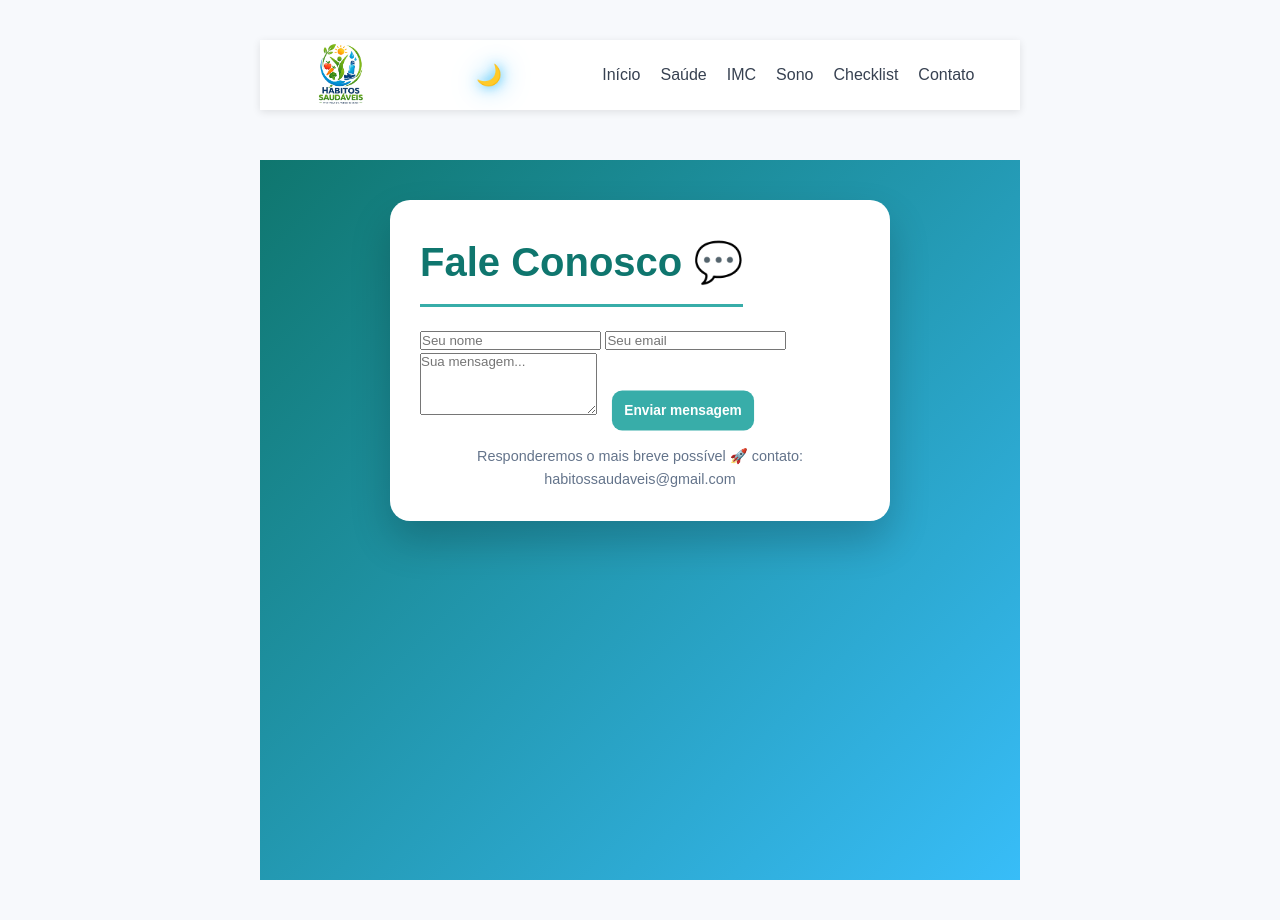
Repository: habitos2026/projetointegrador2026
Page: contato.html
An editor plug-in stored every save of this project. The page is shown before and after the next save, followed by the edit.
The browser window is 1280 px wide. The pictures show the whole page.
The pointer rests on the first visible `.contato-box button`.

Above is the page before, as saved 2026-06-10 23:15:19.

### contato.html
<!DOCTYPE html>
<html lang="pt-br">
<head>
<meta charset="UTF-8">
<meta name="viewport" content="width=device-width, initial-scale=1.0">
<title>Contato</title>

<link rel="stylesheet" href="estilos.css">

<style>

    :root {
            --cor-mente: #6a89cc;    /* Azul sereno */
            --cor-fisico: #38ada9;   /* Verde energia */
            --cor-agua: #4a69bd;     /* Azul hidratação */
            --cor-fundo: #f7f9fc;
        }

        /* Animação de Entrada */
        @keyframes fadeInUp {
            from {
                opacity: 0;
                transform: translateY(20px);
            }
            to {
                opacity: 1;
                transform: translateY(0);
            }
        }

        body {
            font-family: 'Segoe UI', Roboto, sans-serif;
            line-height: 1.6;
            background-color: var(--cor-fundo);
            color: #2f3542;
            max-width: 800px;
            margin: 0 auto;
            padding: 40px 20px;
        }

        header {
            text-align: center;
            margin-bottom: 50px;
            animation: fadeInUp 0.8s ease-out;
        }

        h1 {
            color: var(--cor-mente);
            font-size: 2.5rem;
            border-bottom: 3px solid var(--cor-fisico);
            display: inline-block;
            padding-bottom: 10px;
        }

        section {
            background: white;
            padding: 30px;
            border-radius: 15px;
            box-shadow: 0 10px 25px rgba(0,0,0,0.05);
            animation: fadeInUp 1s ease-out;
        }

        h2 {
            color: var(--cor-fisico);
            margin-top: 30px;
            display: flex;
            align-items: center;
            gap: 10px;
        }

/* ÁREA SÓ DO CONTATO */
.contato-page {
    background: linear-gradient(135deg, #0f766e, #38bdf8);
    min-height: 100vh;
    padding: 40px 10px;
}

/* CARD */
.contato-box {
    max-width: 500px;
    margin: auto;
    background: white;
    padding: 30px;
    border-radius: 20px;
    box-shadow: 0 20px 40px rgba(0,0,0,0.2);
    animation: subir 0.6s ease;
}

/* ANIMAÇÃO */
@keyframes subir {
    from {
        opacity: 0;
        transform: translateY(40px);
    }
    to {
        opacity: 1;
        transform: translateY(0);
    }
}

.contato-box h1 {
    text-align: center;
    color: #0f766e;
    margin-bottom: 20px;
}

/* FORM */
.contato-form {
    display: flex;
    flex-direction: column;
    gap: 15px;
}

.contato-form input,
.contato-form textarea {
    padding: 12px;
    border-radius: 10px;
    border: 1px solid #cbd5e1;
    outline: none;
    transition: 0.3s;
    font-size: 1rem;
}

.contato-form input:focus,
.contato-form textarea:focus {
    border-color: #0f766e;
    box-shadow: 0 0 8px rgba(15,118,110,0.3);
}

/* BOTÃO */
.contato-form button {
    padding: 12px;
    border: none;
    border-radius: 10px;
    background: #0f766e;
    color: white;
    font-weight: bold;
    cursor: pointer;
    transition: 0.3s;
}

.contato-form button:hover {
    background: #115e59;
    transform: scale(1.03);
    cursor: pointer;
}

.contato-box button{
    padding: 12px;
    margin-left: 13px;
    border: none;
    border-radius: 10px;
    background: #0f766e;
    color: white;
    font-weight: bold;
    cursor: pointer;
    transition: 0.3s;
}

.contato-box button:hover {
    background: var(--cor-fisico);
    transform: scale(1.03);
    box-shadow: 0 0 8px ;
    cursor: pointer;
}

/* TEXTO */
.info {
    text-align: center;
    margin-top: 15px;
    color: #64748b;
    font-size: 0.9rem;
}

</style>

</head>

<body>

<div id="menu"></div>

<div class="contato-page">

    <div class="contato-box">
        <h1>Fale Conosco 💬</h1>

        <form class= method="post">
            <input type="text" placeholder="Seu nome" required>
            <input type="email" placeholder="Seu email" required>
            <textarea rows="4" placeholder="Sua mensagem..." required></textarea>
            <button type="submit">Enviar mensagem</button>
        </form>

        <div class="info">
            Responderemos o mais breve possível 🚀  contato: habitossaudaveis@gmail.com
        </div>
    </div>

</div>

<script src="trabalho.js"></script>

</body>
</html>

### estilos.css
:root{
    --cinza245: rgb(245,245,245);
    --cinza220: rgb(220,220,220);
    --cinza128: rgb(128,128,128);
    --azul: rgb(0,80,120);
    --amarelo: yellow;
}

/* RESET */
*{
    margin:0;
    padding:0;
    box-sizing:border-box;
    font-family:Arial, sans-serif;
}

body{
    background:#f5f7fb;
    color:#1f2937;
}

/* HEADER */
header{
    background:white;
    height:70px;

    display:flex;
    align-items:center;
    justify-content:space-between;

    padding:0 6%;

    box-shadow:0 2px 8px rgba(0,0,0,0.1);
}

/* LOGO */
.logo{
    height:100%;
    width:auto;
}

/* MENU */
.menu{
    display:flex;
    align-items:center;
    gap:20px;
}

.menu a{
    text-decoration:none;
    color:#374151;
    transition: 0.5s;

}

.menu a:hover{
    color:#0f766e;
    text-shadow: 0 0 6px #01b3a4;
}

/* TOPO MENU MOBILE */
.topoMenu{
    display:none;
}

/* BOTÃO MENU */
.botaoMenu{
    border:none;
    background:transparent;

    display:none;
    flex-direction:column;

    gap:6px;

    cursor:pointer;
    transition:0.5s;
}

.botaoMenu div{
    width:28px;
    height:3px;

    background:black;
    transition:0.5s;
}

/* MAIN */
main{
    max-width:800px;

    margin:40px auto;

    background:white;

    padding:30px;

    border-radius:10px;
}

/* TEXTOS */
h1{
    color:#0f766e;
    margin-bottom:10px;
}

p{
    margin-bottom:15px;
}

/* BANNER */
.bannerIndexInicio{
    width:100%;
    height:300px;
    overflow:hidden;
}

.bannerIndexInicio img{
    width:100%;
    height:100%;

    object-fit:cover;
    display:block;
}

.bannerIndex{
    height:100%;

    display:flex;
    justify-content:center;

    overflow:hidden;

    aspect-ratio:16/9;
}

.bannerIndex img{
    width:70%;
    height:80%;

    object-fit:cover;
}

/* BOX ÁGUA */
.agua-box{
    background:#ecfeff;

    padding:20px;

    border-radius:15px;

    margin-bottom:20px;
}

.agua-box h2{
    color:#0f766e;
    margin-bottom:10px;
}

.agua-box input{
    width:100%;

    padding:10px;

    margin-bottom:10px;

    border-radius:8px;

    border:1px solid #ccc;
}

.agua-box button{
    width:100%;

    padding:12px;

    background:#0f766e;

    color:white;

    border:none;

    border-radius:8px;

    cursor:pointer;

    transition:0.5s;
}

.agua-box button:hover{
    background:#115e59;

    transform:scale(1.01);

    box-shadow:
    0 0 10px rgb(1, 255, 234),
    0 0 15px rgb(0, 173, 253);
}

#resultadoAgua{
    margin-top:10px;
    font-weight:bold;
}

/* LISTAS */
.listas{
    width:65%;

    display:grid;

    grid-template-columns:repeat(2, 1fr);

    gap:1rem;
}

/* IMAGENS SAÚDE */
.Saude .Imagem img{

    width:35%;

    height:auto;

    object-fit:cover;

    border-radius:15px;

    transition:0.4s;
}

.Saude .Imagem img:hover{

    transform:scale(1.05);

    box-shadow:
    0 0 10px cyan,
    0 0 20px cyan,
    0 0 40px cyan;
}

.imc-box{
    background:#0f766e;

    padding:20px;

    border-radius:20px;

    margin-top:3rem;


}

.imc-box input{
    width:100%;

    padding:10px;

    margin-bottom:10px;

    border-radius:8px;

    border:1px solid #ccc;
}

.imc-box button{
    width:100%;

    padding:12px;

    background: white;

    border: none;

    border-radius:8px;

    cursor:pointer;

    transition:0.5s;
}

.imc-box button:hover{
    background:#f0f0f0;

    transform:scale(1.002);

    box-shadow:
    0 0 6px rgb(1, 255, 234),
    0 0 8px rgb(0, 173, 253),
    0 0 15px  rgba(18, 165, 153);
}

#resultado{
    margin-top:20px;

    font-weight:bold;

    display: flex;

    flex-direction: column;

    align-items: center;

    gap: 10px;

}

#botaoFecharMenu{
    border:none;

    background:transparent;

    box-shadow: none;

    font-size:20px;

    cursor:pointer;

    transition: 0.5s;

    border-radius: 100px;

}


#botaoFecharMenu:hover{
    color: red;
    text-shadow:  0 0 11px rgb(255, 0, 0);
}

#botaoFecharMenu:active{
  animation: clickEffect 0.2s ease;
}


/* ===== BOTÃO TEMA ===== */

/* Tema CLARO ativo — botão mostra 🌙 — neon azul */
#btnTema {
    background: transparent;
    border: none;
    border-radius: 50%;
    width: 38px;
    height: 38px;
    font-size: 1.3rem;
    cursor: pointer;
    transition: all 0.3s;
    filter: drop-shadow(0 0 6px #38bdf8) drop-shadow(0 0 12px #7dd3fc);
}

#btnTema:hover {
    transform: scale(1.12) rotate(10deg);
    filter: drop-shadow(0 0 10px #38bdf8) drop-shadow(0 0 20px #7dd3fc);
}

/* Tema ESCURO ativo — botão mostra ☀️ — neon amarelo */
body.dark #btnTema {
    border: none;
    box-shadow: none;
    filter: drop-shadow(0 0 6px #f59e0b) drop-shadow(0 0 12px #fbbf24);
}

body.dark #btnTema:hover {
    transform: scale(1.2) rotate(50deg);
    filter: drop-shadow(0 0 10px #f59e0b) drop-shadow(0 0 20px #fbbf24);
}

/* ===== DARK MODE ===== */
body.dark {
    background: #0a0f1e;
    color: #e2e8f0;
}

body.dark header {
    background: #0d1b2a;
    box-shadow: 0 2px 8px rgba(0,0,0,0.5);
}

body.dark .menu {
    background: #0d1b2a;
}

body.dark .menu a {
    color: #94a3b8;
    border-bottom-color: #1e3a5f;
}

body.dark .menu a:hover {
    color: #7dd3fc;
    text-shadow: 0 0 6px #7dd3fc88;
}

body.dark main,
body.dark section {
    background: #0d1b2a;
    box-shadow: 0 4px 20px rgba(0,0,0,0.3);
}

body.dark .logo {
    filter: brightness(0.9) drop-shadow(0 0 6px rgba(56, 189, 248, 0.4));
    border-radius: 50%;
    background: transparent;
    mix-blend-mode: screen;
}

body.dark h1 {
    color: #38bdf8;
    text-shadow: 0 0 8px #38bdf855;
}

body.dark h2 {
    color: #7dd3fc;
    text-shadow: none;
}

body.dark .agua-box {
    background: #0d2137;
    border: 1px solid #1e3a5f;
}

body.dark .agua-box input,
body.dark .imc-box input,
body.dark .contato-form input,
body.dark .contato-form textarea {
    background: #0a0f1e;
    color: #e2e8f0;
    border-color: #1e3a5f;
}

body.dark .habit-item {
    background: #0d1b2a;
    color: #e2e8f0;
}

body.dark .barra {
    background: #1e293b;
}

body.dark .barra span {
    background: #38bdf8;
}

body.dark li {
    background: #0d1b2a;
    border-left-color: #38bdf8;
    color: #e2e8f0;
}

body.dark li:hover {
    background: #0d2137;
}

body.dark .contato-box {
    background: #0d1b2a;
}

body.dark .contato-form input,
body.dark .contato-form textarea {
    background: #0a0f1e;
    color: #e2e8f0;
    border-color: #1e3a5f;
}

body.dark footer {
    color: #475569;
}

@keyframes clickEffect {
  0% {
    transform: scale(1);
    text-shadow: 0 0 10px red;
  }
  50% {
    transform: scale(0.95);
    text-shadow: 0 0 20px red;
  }
  100% {
    transform: scale(1);
    text-shadow: 0 0 10px red;
  }
}

/* ANIMAÇÃO */
@keyframes subir{

    from{
        opacity:0;
        transform:translateY(-20px);
    }

    to{
        opacity:1;
        transform:translateY(0);
    }

}

/* MOBILE */
@media screen and (max-width:950px){

    .botaoMenu{
        display:flex;

        animation:subir 0.5s ease;
    }

    .botaoMenu:hover{
        transform: scale(1.03);
    }
    .botaoMenu:hover div{
        box-shadow: 0 10px 15px rgba(0,0,0,0.4);

    }

    .menu{
        position:fixed;

        top:0;
        right:-100%;

        width:80%;
        height:100vh;

        background:white;

        flex-direction:column;

        align-items:flex-start;

        padding:30px;

        transition: right 0.5s;

        z-index:999;
    }

    .menu a{
        width:100%;

        padding:12px 0;


        border-bottom:1px solid var(--cinza220);

        text-decoration:none;

        color:#374151;

        transition: 0.10s;

}

    .menu a:hover{
    color:#0f766e;
    text-shadow: 0 0 6px #01b3a4;
    border: #01b3a4 1px solid;
    transition: 0.5s;
}

    .topoMenu{
        display:flex;

        width:100%;

        justify-content:space-between;

        align-items:center;

        margin-bottom:30px;
    }

    .topoMenu button{
        border:none;

        background:transparent;

        font-size:20px;

        cursor:pointer;
    }

    main{
        margin:20px;
    }

    .bannerIndex img{
        width:100%;
        height:220px;
    }

    .listas{
        width:100%;

        grid-template-columns:1fr;
    }

    .Saude .Imagem img{
        width:100%;
    }
}

### trabalho.js
// ===== DARK MODE — roda ANTES de tudo =====
if (localStorage.getItem("tema") === "dark") {
    document.body.classList.add("dark");
}

// ===== MENU =====
fetch("menu.html")
.then(res => res.text())
.then(data => {

    document.getElementById("menu").innerHTML = data;

    // Botão tema
    const btnTema = document.getElementById("btnTema");
    btnTema.textContent = document.body.classList.contains("dark") ? "☀️" : "🌙";

    btnTema.addEventListener("click", () => {
        document.body.classList.toggle("dark");
        const temaDark = document.body.classList.contains("dark");
        localStorage.setItem("tema", temaDark ? "dark" : "light");
        btnTema.textContent = temaDark ? "☀️" : "🌙";
    });

    // Botões do menu mobile
    const abrir = document.querySelector(".botaoMenu");
    const fechar = document.querySelector("#botaoFecharMenu");
    const menu = document.querySelector("#menuNav");

    abrir.addEventListener("click", () => {
        menu.style.right = "0";
    });

    fechar.addEventListener("click", () => {
        menu.style.right = "-100%";
    });

});

// ===== RESTO DAS FUNÇÕES =====

function calc() {
    const checks = document.querySelectorAll('.habit-item input');
    let marcados = 0;

    checks.forEach(check => {
        if(check.checked) marcados++;
    });

    let porcentagem = (marcados / checks.length) * 100;

    document.getElementById("pct").innerText = Math.round (porcentagem) + "%";
    document.getElementById("bar").style.width = porcentagem + "%";

    const msg = document.getElementById("msg");
    const imgGif = document.getElementById("imgGif");

    if (porcentagem === 100) {

    msg.innerText = "Parabéns! Você completou todos os hábitos 🎉";

    lancarConfetes();

} else {

    msg.innerText = "";
    imgGif.innerHTML = "";

}
}

const data = document.getElementById("data");
if (data) {
    data.addEventListener("click", () => {
        data.showPicker();
    });
}

function calcularAgua() {
    const peso = parseFloat(document.getElementById("peso").value);
    const idade = parseInt(document.getElementById("idade").value);

    if (isNaN(peso) || peso <= 0 || isNaN(idade) || idade <= 0) {
        document.getElementById("resultadoAgua").innerText = "Por favor, preencha peso e idade corretamente.";
        return;
    }

    let mlPorKg;

    if (idade <= 17) mlPorKg = 40;
    else if (idade <= 55) mlPorKg = 35;
    else if (idade <= 65) mlPorKg = 30;
    else mlPorKg = 25;

    const totalMl = peso * mlPorKg;
    const totalLitros = (totalMl / 1000).toFixed(1);

    document.getElementById("resultadoAgua").innerText =
        `Você deve beber aproximadamente ${totalLitros}L de água por dia.`;
}

function lancarConfetes() {

    // Evita lançar várias vezes
    if (document.getElementById("confetes")) return;

    const canvas = document.createElement("canvas");
    canvas.id = "confetes";

    // Cobre a tela toda
    canvas.style.cssText = `
        position: fixed;
        top: 0;
        left: 0;
        width: 100%;
        height: 100%;
        pointer-events: none;
        z-index: 9999;
    `;

    document.body.appendChild(canvas);

    const ctx = canvas.getContext("2d");
    canvas.width = window.innerWidth;
    canvas.height = window.innerHeight;

    // Cores dos confetes
    const cores = [
        "#f59e0b", "#38bdf8", "#34d399",
        "#f472b6", "#a78bfa", "#fb923c"
    ];

    // Cria 150 confetes
    const confetes = Array.from({ length: 150 }, () => ({
        x: Math.random() * canvas.width,
        y: Math.random() * -canvas.height,
        w: Math.random() * 10 + 6,
        h: Math.random() * 5 + 3,
        cor: cores[Math.floor(Math.random() * cores.length)],
        velocidade: Math.random() * 4 + 2,
        angulo: Math.random() * 360,
        rotacao: Math.random() * 6 - 3,
        oscilacao: Math.random() * 2 - 1
    }));

    let frame;
    let tempo = 0;

    function animar() {
        ctx.clearRect(0, 0, canvas.width, canvas.height);
        tempo++;

        confetes.forEach(c => {
            c.y += c.velocidade;
            c.x += c.oscilacao;
            c.angulo += c.rotacao;

            ctx.save();
            ctx.translate(c.x, c.y);
            ctx.rotate((c.angulo * Math.PI) / 180);
            ctx.fillStyle = c.cor;
            ctx.fillRect(-c.w / 2, -c.h / 2, c.w, c.h);
            ctx.restore();
        });

        // Para após 4 segundos
        if (tempo < 240) {
            frame = requestAnimationFrame(animar);
        } else {
            cancelAnimationFrame(frame);
            canvas.remove();
        }
    }

    animar();
}

### menu.html
<header>

    <img class="logo" src="pasta-de-imagens/Logo.png" alt="Logo">

    <button id="btnTema" title="Alternar tema">🌙</button>

    <button class="botaoMenu">

        <div></div>
        <div></div>
        <div></div>

    </button>

    <nav id="menuNav" class="menu">

        <div class="topoMenu">

            <h3>Menu</h3>
            <button id="botaoFecharMenu">X</button>
            <button id="abrirMenu" class="botaoMenu"></button>

        </div>

        <a href="index.html">Início</a>
        <a href="saude.html">Saúde</a>
        <a href="imc.html">IMC</a>
        <a href="sono.html">Sono</a>
        <a href="checklist.html">Checklist</a>
        <a href="contato.html">Contato</a>

    </nav>

</header>

After the next save:
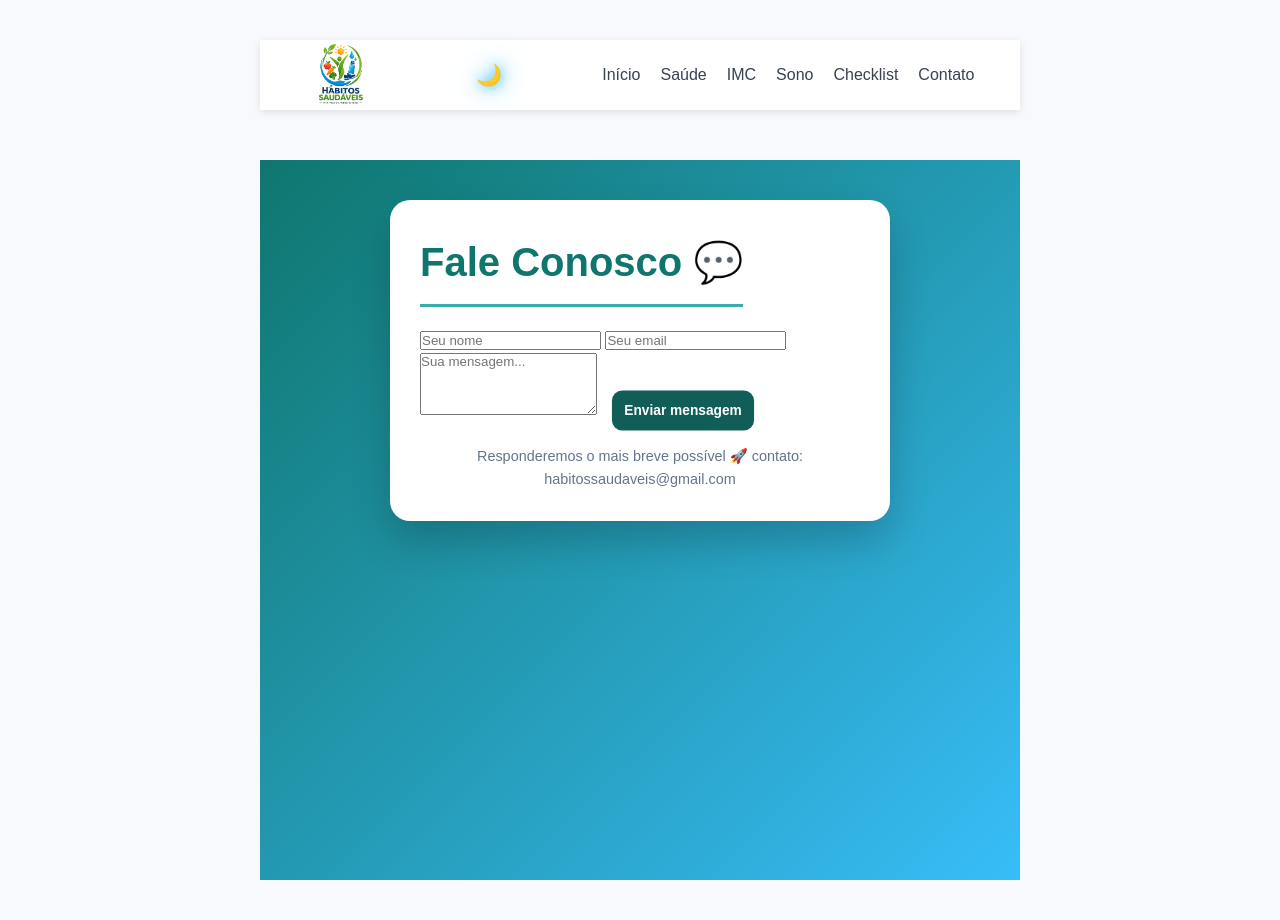
Saved 15 s later.
--- a/contato.html
+++ b/contato.html
@@ -158,9 +158,9 @@
 }
 
 .contato-box button:hover {
-    background: var(--cor-fisico);
+    background: #115e59;
     transform: scale(1.03);
-    box-shadow: 0 0 8px ;
+    box-shadow: inset;
     cursor: pointer;
 }
 
